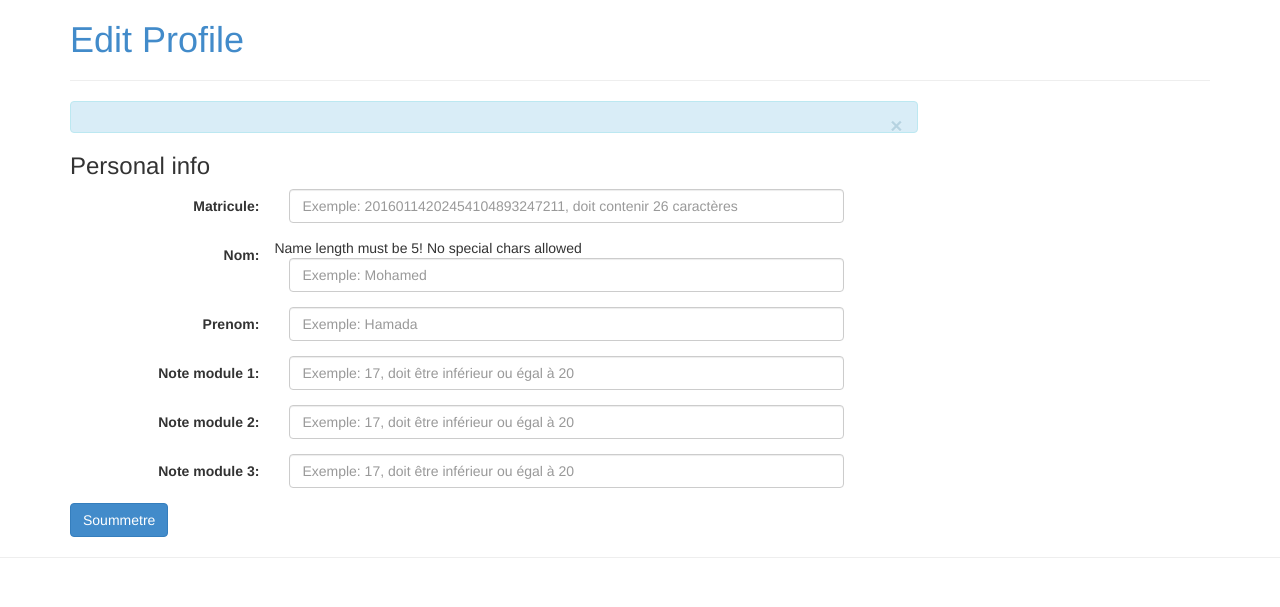
Repository: tt5300447/parakeet
Page: http://localhost/
These files come from the project's save history. The page is drawn as it stood at one moment and after the next save; the edit follows.
The browser window is 1280 px wide. The pictures show the whole page.
The page is run by PHP 8.4 with error messages shown; the project is at /var/www/html/.

Above is the page before, as saved 2022-06-21 16:44:18.
Console error (its wording comes from the project's code and is left out).

### Copier/htdocs/Ajouter/index.php
<!DOCTYPE html>
<html lang="en">

<head>
    <meta charset="UTF-8">
    <meta http-equiv="X-UA-Compatible" content="IE=edge">
    <meta name="viewport" content="width=device-width, initial-scale=1.0">
    <title>Update </title>
    <link rel="stylesheet" href="style.css">
    <link rel="stylesheet" href="bootstrap.min.css">

    <link rel="shortcut icon" type="image/x-icon" href="update.png">
    <link rel="apple-touch-icon" sizes="76x76" href="update.png">

    <link rel="alternate" type="application/rss+xml" href="rss">
</head>

<body>
    <div class="container bootstrap snippets bootdey">
        <h1 class="text-primary">Edit Profile</h1>
        <hr>
        <div class="row">
            <!-- left column -->
            <!-- edit form column -->
            <div class="col-md-9 personal-info">
                <div class="alert alert-info alert-dismissable">
                    <a class="panel-close close" data-dismiss="alert">×</a>
                    <i class="fa fa-coffee"></i>
                </div>
                <h3>Personal info</h3>
                <form class="form-horizontal" method="post" role="form">
                    <div class="form-group">
                        <label class="col-lg-3 control-label">Matricule:</label>
                        <div class="col-lg-8">
                            <input class="form-control" type="text" placeholder="Exemple: 20160114202454104893247211, doit contenir 26 caractères" />
                        </div>
                    </div>
                    <div class="form-group">
                        <label class="col-lg-3 control-label">Nom:</label>
                        <span class="signup-error" id="errorname">Name length must be 5! No special chars allowed</span>
                        <div class="col-lg-8">
                            <input class="form-control" type="text" placeholder="Exemple: Mohamed" />
                        </div>
                    </div>
                    <div class="form-group">
                        <label class="col-lg-3 control-label">Prenom:</label>
                        <div class="col-lg-8">
                            <input class="form-control" type="text" placeholder="Exemple: Hamada" />
                        </div>
                    </div>

                    <div class="form-group">
                        <label class="col-lg-3 control-label">Note module 1:</label>
                        <div class="col-lg-8">
                            <input class="form-control" type="number" placeholder="Exemple: 17, doit être inférieur ou égal à 20" />
                        </div>
                    </div>
                    <div class="form-group">
                        <label class="col-lg-3 control-label">Note module 2:</label>
                        <div class="col-lg-8">
                            <input class="form-control" type="text" placeholder="Exemple: 17, doit être inférieur ou égal à 20" />
                        </div>
                    </div><div class="form-group">
                        <label class="col-lg-3 control-label">Note module 3:</label>
                        <div class="col-lg-8">
                            <input class="form-control" type="text" placeholder="Exemple: 17, doit être inférieur ou égal à 20" />
                        </div>
                    </div>
                    <button type="submit" class="btn btn-primary">Soummetre</button>
                </form>
            </div>
        </div>
    </div>
    <hr>
    <script type="text/javascript" src="popper.min.js"></script>
    <script src="bootstrap.min.js"></script>
</body>

</html>

### Copier/htdocs/Ajouter/style.css
body {
    margin-top: 20px;
}

.avatar {
    width: 200px;
    height: 200px;
}

Loaded but not shown: Copier/htdocs/Ajouter/bootstrap.min.css (library); Copier/htdocs/Ajouter/popper.min.js (library); Copier/htdocs/Ajouter/bootstrap.min.js (library)

After the next save:
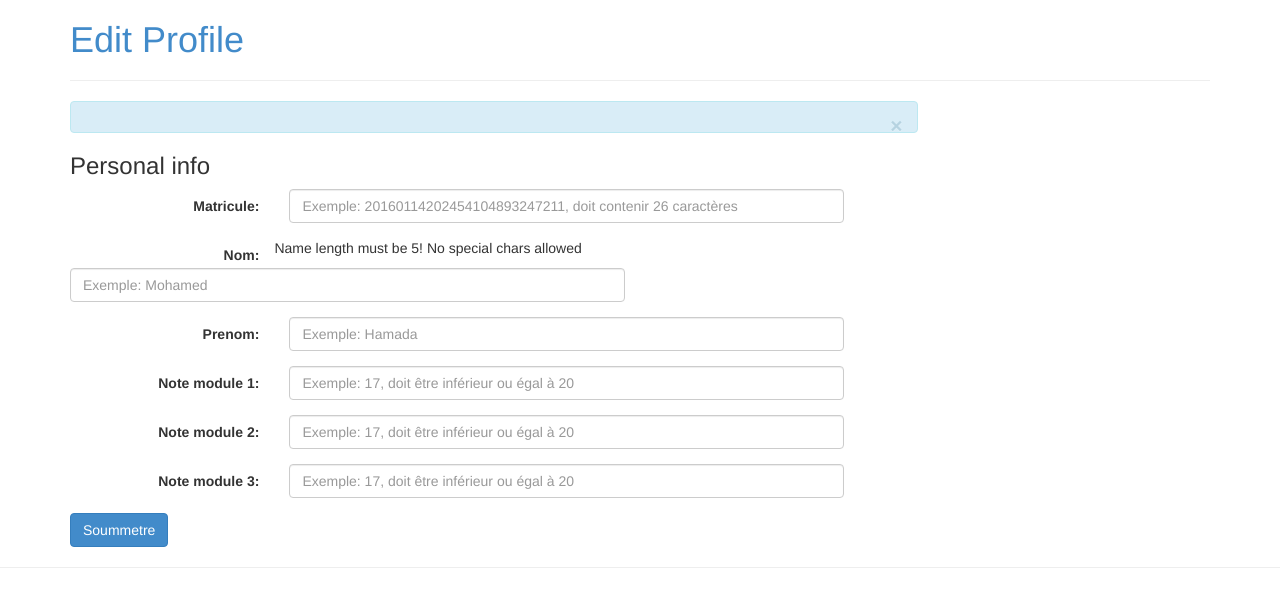
Saved 42 s later.
--- a/Copier/htdocs/Ajouter/index.php
+++ b/Copier/htdocs/Ajouter/index.php
@@ -37,7 +37,7 @@
                     </div>
                     <div class="form-group">
                         <label class="col-lg-3 control-label">Nom:</label>
-                        <span class="signup-error" id="errorname">Name length must be 5! No special chars allowed</span>
+                        <span class="signup-error" id="errorname"><p>Name length must be 5! No special chars allowed</p></span>
                         <div class="col-lg-8">
                             <input class="form-control" type="text" placeholder="Exemple: Mohamed" />
                         </div>

After the 2 saves that followed:
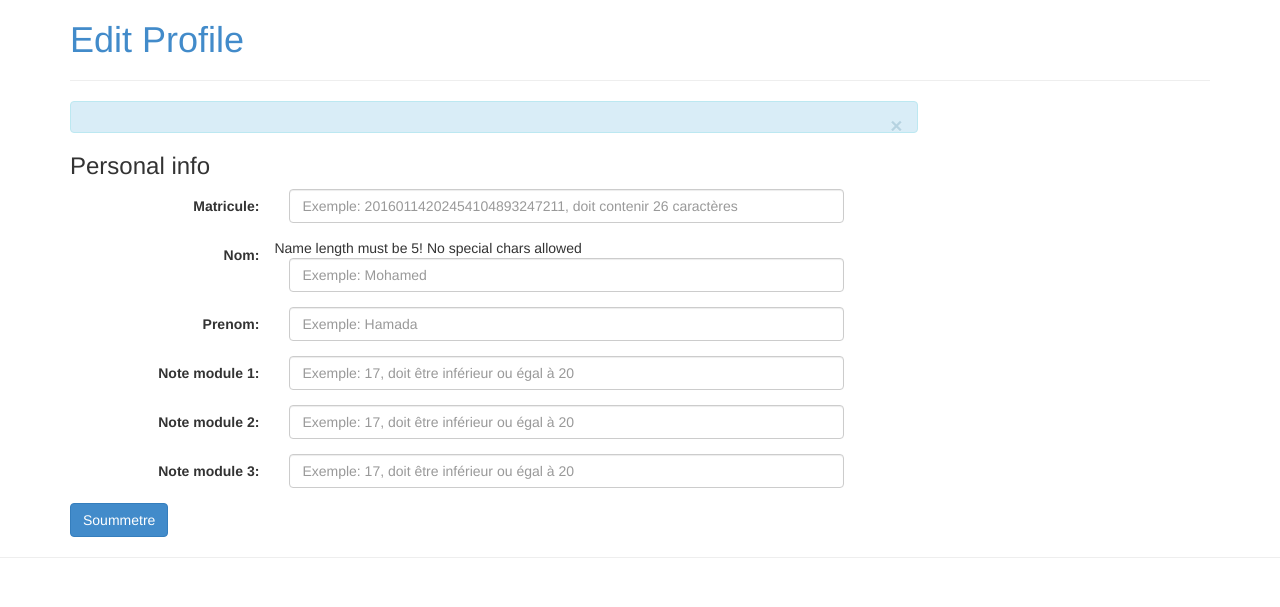
The 2 saves are shown as one change because 1 left the picture as it was.
The last was saved 33 s later.
--- a/Copier/htdocs/Ajouter/index.php
+++ b/Copier/htdocs/Ajouter/index.php
@@ -37,7 +37,7 @@
                     </div>
                     <div class="form-group">
                         <label class="col-lg-3 control-label">Nom:</label>
-                        <span class="signup-error" id="errorname"><p>Name length must be 5! No special chars allowed</p></span>
+                        <span class="signup-error" id="errorname">Name length must be 5! No special chars allowed</span>
                         <div class="col-lg-8">
                             <input class="form-control" type="text" placeholder="Exemple: Mohamed" />
                         </div>
